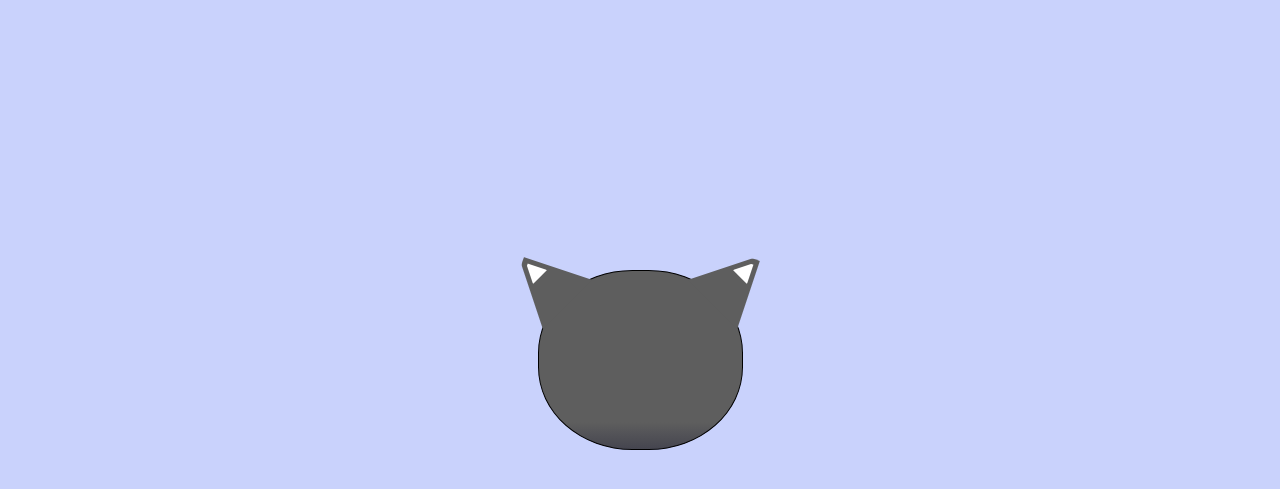
Repository: Lungdjos/cat_painting
Page: index.html
An editor plug-in stored every save of this project. The page is shown before and after the next save, followed by the edit.
The browser window is 1280 px wide. The pictures show the whole page.

Above is the page before, as saved 2023-11-09 22:58:54.

After the next save:
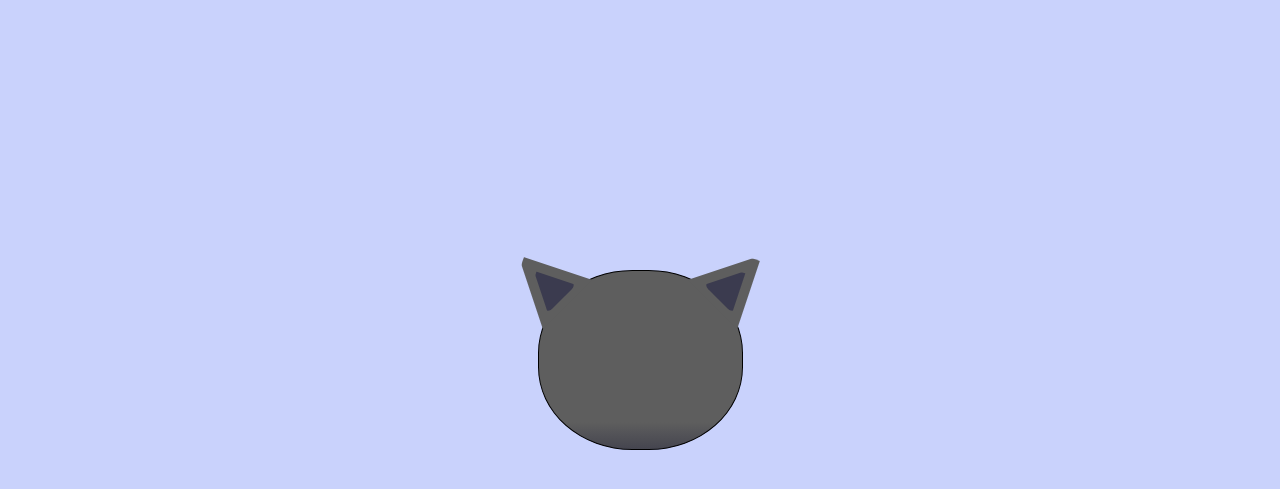
Saved 3 min 0 s later.
--- a/styles.css
+++ b/styles.css
@@ -72,7 +72,8 @@ body {
     border-bottom-right-radius: 40%;
 }
 
-.cat-left-inner-ear {
+
+/* .cat-left-inner-ear {
     border-left: 10px solid transparent;
     border-right: 10px solid transparent;
     border-bottom: 20px solid #fff;
@@ -98,4 +99,4 @@ body {
     border-bottom-left-radius: 40%;
     border-bottom-right-radius: 40%;
     z-index: -1;
-}
+} */
